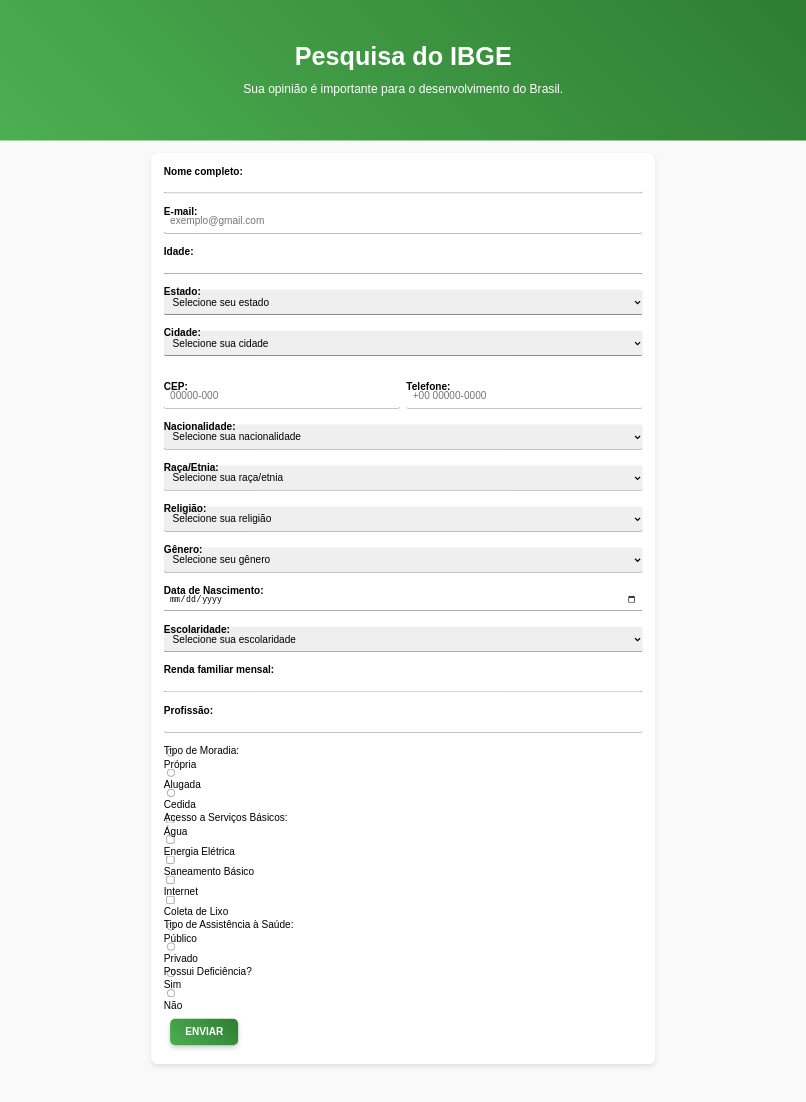
Repository: Gabrielb0rn/Projeto-Formul-rio.io
Page: index.html
An editor plug-in stored every save of this project. The page is shown before and after the next save, followed by the edit.
The browser window is 1280 px wide. The pictures show the whole page, at 63% of full size.

Above is the page before, as saved 2024-07-01 08:47:51.

After the next save:
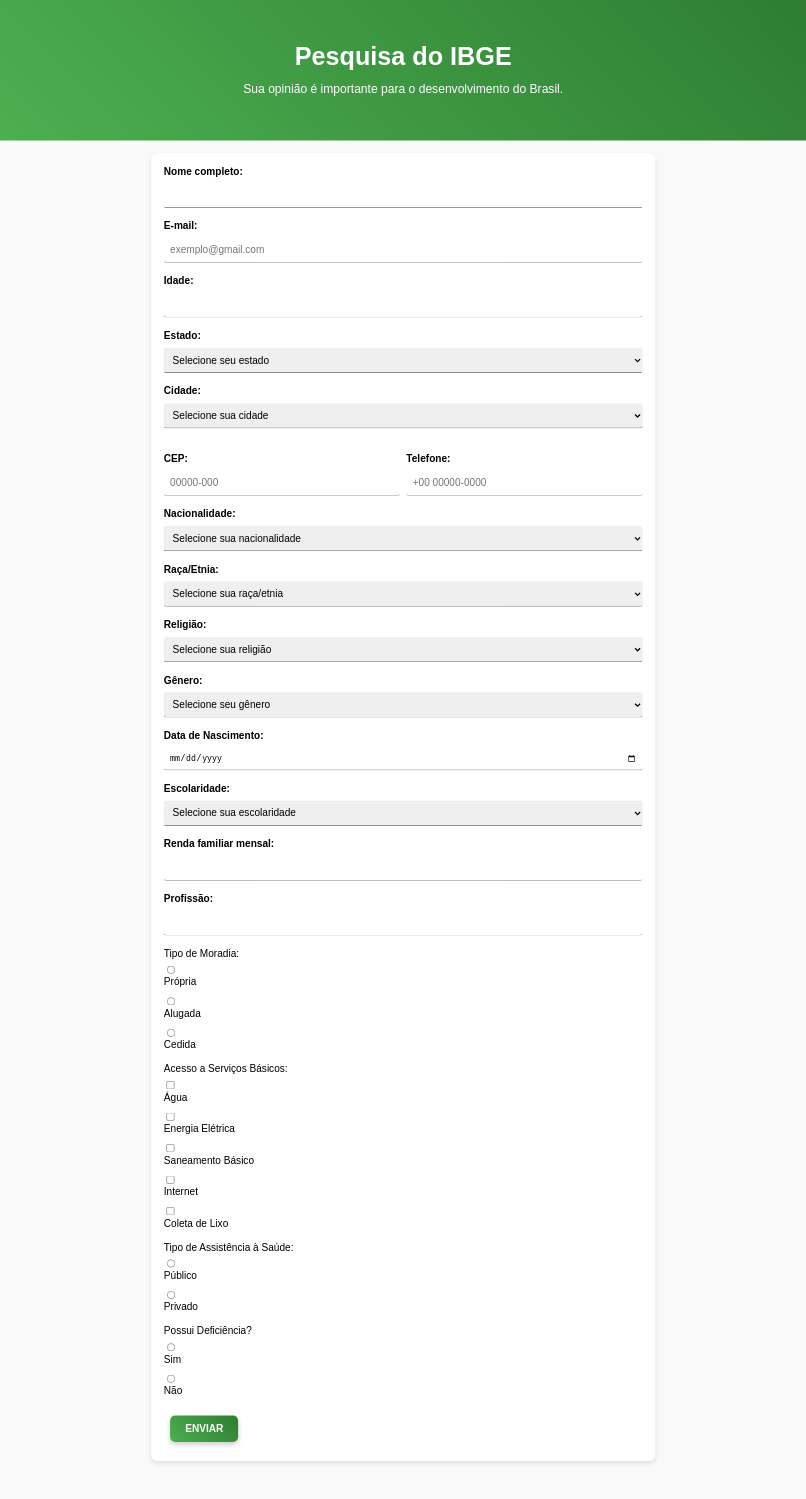
Saved 5 s later.
--- a/assets/style.css
+++ b/assets/style.css
@@ -48,8 +48,7 @@
     display: block;
     margin-bottom: 5px;
     font-weight: bold;
-    position: absolute;
-    transition: 0.3s;
+
 }
 
 input, select {
